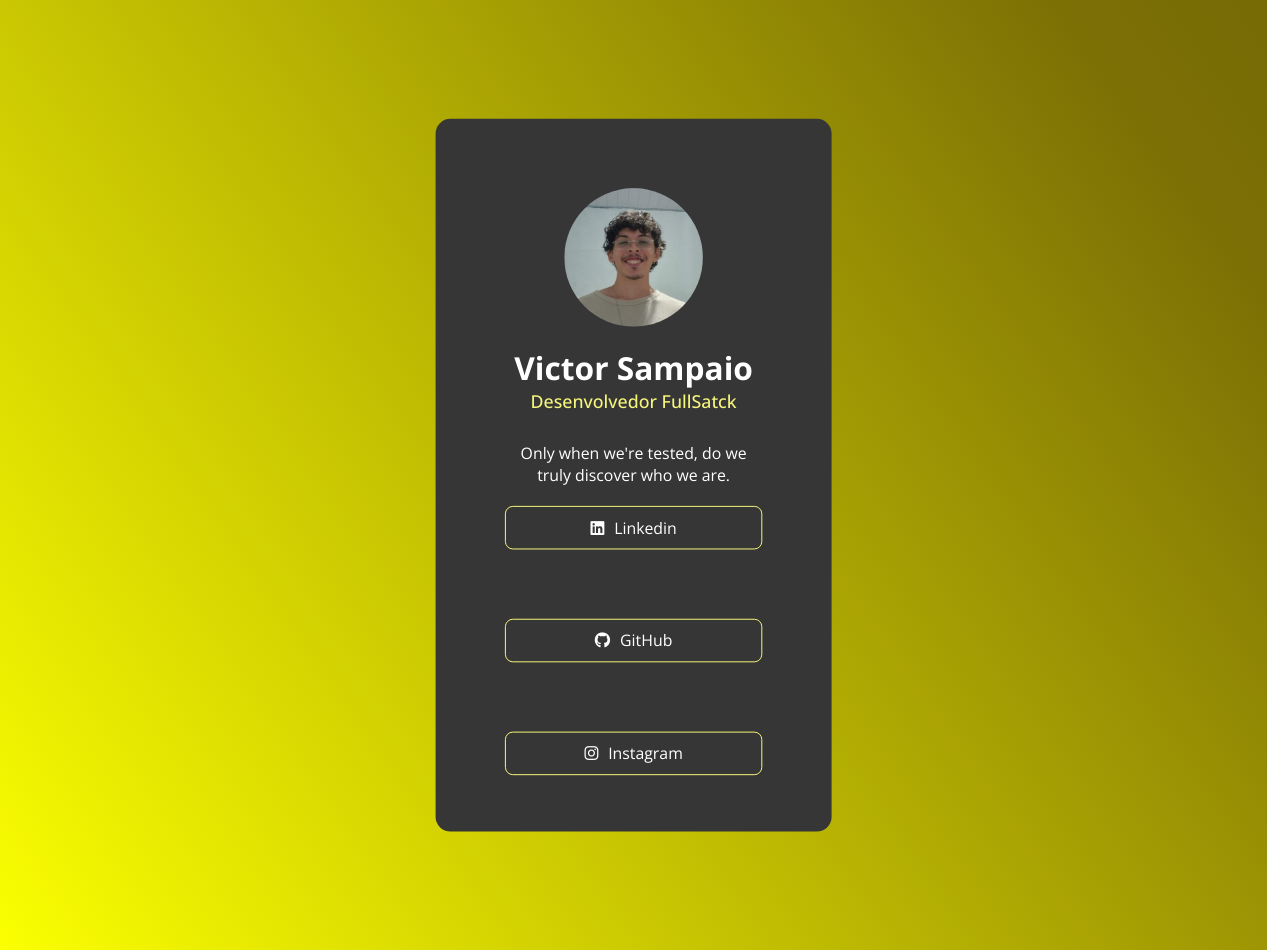
Repository: VictorSampaioDev/linkthree-gt9
Page: index.html
These files come from the project's save history. The page is drawn as it stood at one moment and after the next save; the edit follows.
The browser window is 1280 px wide. The pictures show the whole page, at 99% of full size.

Above is the page before, as saved 2025-04-11 11:49:59.

### index.html
<!DOCTYPE html>
<html lang="pt-br">
<head>
    <meta charset="UTF-8">
    <meta name="viewport" content="width=device-width, initial-scale=1.0">
    <title>linkthree JV</title>
    <link rel="stylesheet" href="style.css">
    <link rel="preconnect" href="https://fonts.googleapis.com">
    <link rel="preconnect" href="https://fonts.gstatic.com" crossorigin>
    <link href="https://fonts.googleapis.com/css2?family=Open+Sans:ital,wght@0,300..800;1,300..800&display=swap" rel="stylesheet">
    <link rel="stylesheet" href="https://cdnjs.cloudflare.com/ajax/libs/font-awesome/6.5.0/css/all.min.css">
</head>
<body>
    <div class="container-main">
<!-- imagem -->
        <div class="container-image">
            <img src="./assets/image-profile.jpeg" alt="Foto de Perfil">
        </div>
<!-- Titulos -->
      <div class="container-infos">
        <h1>Victor Sampaio</h1>
        <h2>Desenvolvedor FullSatck</h2>
      </div>
<!-- Paragrafo -->
      <div class="container-paragrafo">
        <p>
            Only when we're tested, do we truly discover who we are.
        </p>
      </div>
<!-- lista estilizada ("botões") -->
      <div class="container-social-links">
        <ul>
                <a href="https://www.linkedin.com/in/joao-victor-sampaio-30a556355/" target="_blank">
                    <li>
                        <!-- icone -->
                        <i class="fa-brands fa-linkedin"></i>
                        <!-- paragrafo -->
                        <p>Linkedin</p>
                    </li>
                </a>

                <a href="https://github.com/VictorSampaioDev" target="_blank">
                   <li>
                    <i class="fa-brands fa-github"></i>
                    <p>GitHub</p>
                   </li>
                </a>

                <a href="https://www.instagram.com/jovetorr" target="_blank">
                   <li>
                    <i class="fa-brands fa-instagram"></i>
                    <p>Instagram</p>
                   </li>
                </a>
        </ul>
    </div>
</body>
</html>

### style.css
* {
    font-family: "Open Sans", sans-serif;
    margin: 0;
    padding: 0;
    box-sizing: border-box;
}
body{
    background: #fbff00;
    background: linear-gradient(55deg, rgba(251, 255, 0, 1) 0%, rgb(124, 112, 5) 30%, rgba(0, 0, 0, 1) 100%);
    animation: gradientShift 10s ease infinite;
    background-size: 400%;
}
@keyframes gradientShift{
    0%(background-position 0% 50%;)
    50%(background-position 50% 100%;)
    100(background-position 0% 50%;)
}
.container-main{
    background-color: #363636;
    width: 400px;
    height: 720px;
    box-sizing: border-box;
    margin: 120px auto;
    padding: 70px;
    border-radius: 15px;
    text-align: center;
}
.container-image{

    & img{
       width: 140px;
       border-radius: 100%;
    }
}
.container-infos{
    margin-top: 15px;
    margin-bottom: 10px;
}
.container-infos h1{
    font-weight: 700;
    color: white;
}
.container-infos h2{
    font-weight: 500;
    font-size: 18px;
    color: rgb(246, 246, 124);
}
.container-paragrafo{
    margin-top: 30px;
    color: white;
}
.container-social-links ul {
    display: flex;
    flex-direction: column;
    gap: 50px;
}
.container-social-links li {
    display: flex;
    justify-content: center;
    gap: 10px;
    margin-top: 20px;
    align-items: center;
    border: 1px solid rgb(246, 246, 124);
    border-radius: 8px;
    padding: 10px;
    transition: background-color 0.3s;


    &:hover{
        background-color: rgb(246, 246, 124);
    }
  }

.container-social-links a {
    text-decoration: none;
    color: white;
    transition: color 0.3s;

    &:hover{
        color: black;
    }
}

After the next save:
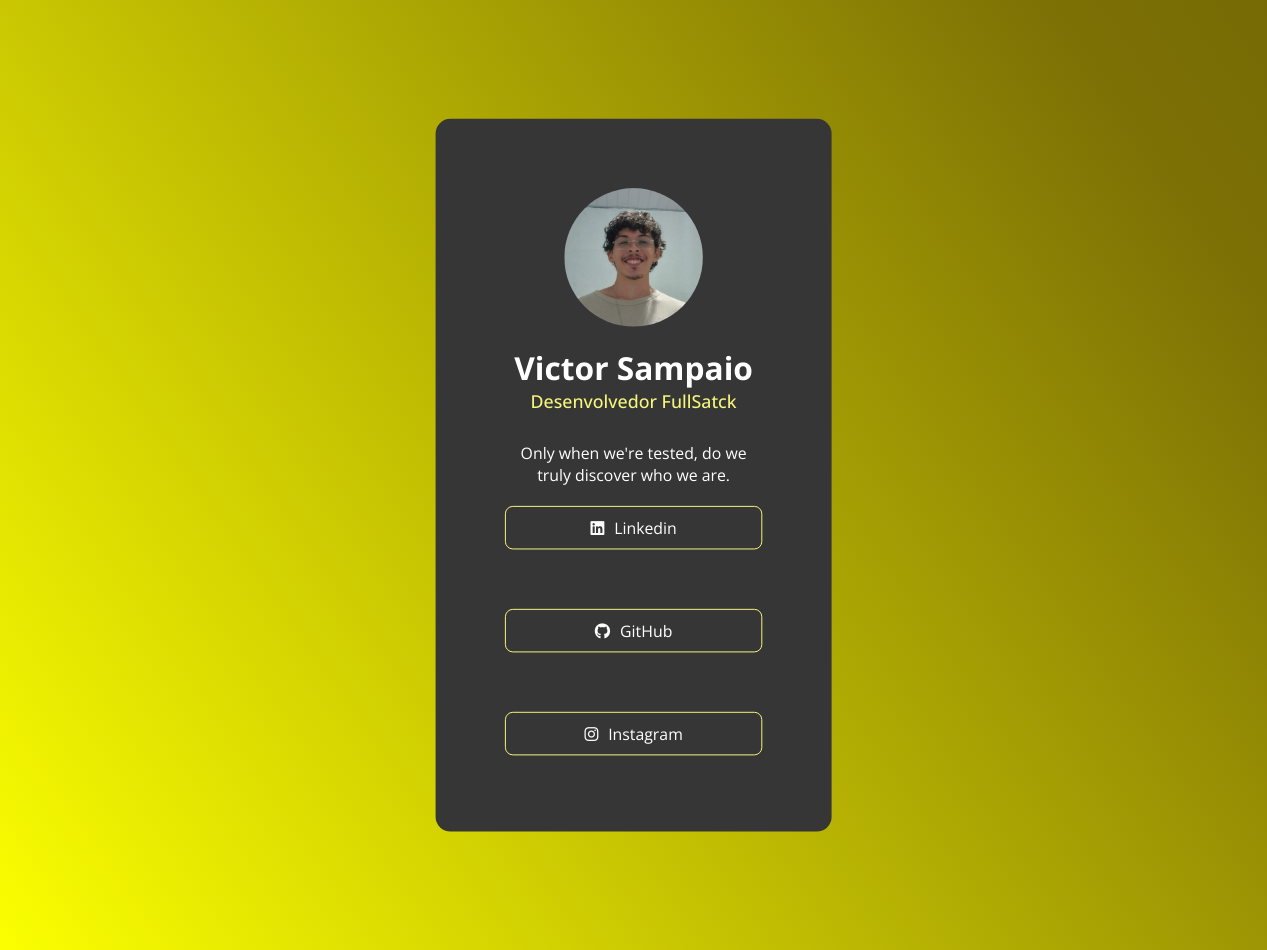
Saved 9 s later.
--- a/style.css
+++ b/style.css
@@ -52,7 +52,7 @@ body{
 .container-social-links ul {
     display: flex;
     flex-direction: column;
-    gap: 50px;
+    gap: 40px;
 }
 .container-social-links li {
     display: flex;
